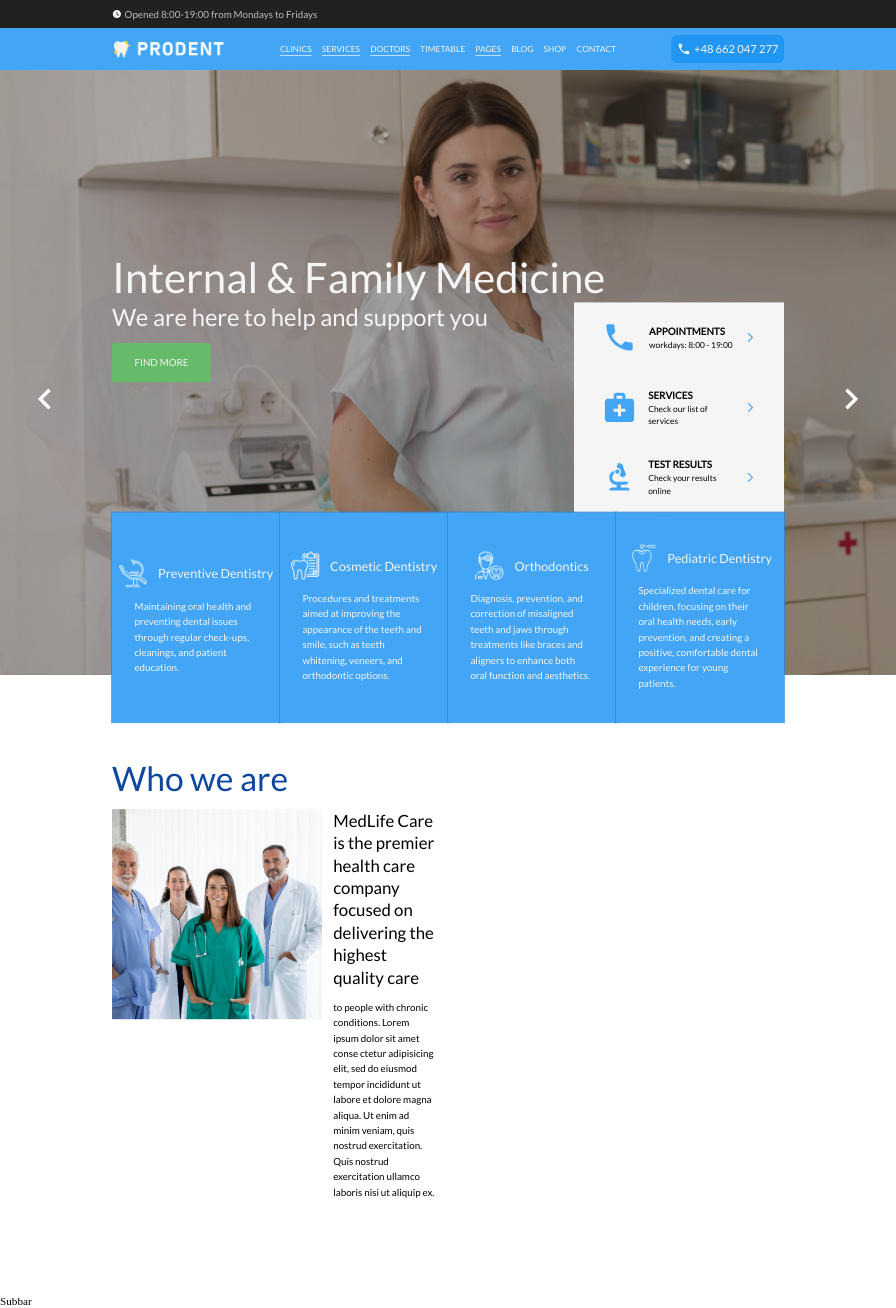
Repository: princ3-web/8
Page: /
The author's editor kept a copy of each file at every save. The page is drawn from the files as they stood at one save, then again after the next save.
The browser window is 1280 px wide. The pictures show the whole page, at 70% of full size.
The project was rebuilt for these pictures with package versions that can differ from the ones it lists, and the page was loaded fresh each time. Also part of the build but not shown: vite.config.js, src/subpages/About.jsx, src/index.css.

Above is the page before, as saved 2023-11-02 15:20:39.

### index.html
<!doctype html>
<html lang="en">
  <head>
    <meta charset="UTF-8" />
    <link rel="icon" type="image/svg+xml" href="/vite.svg" />
    <meta name="viewport" content="width=device-width, initial-scale=1.0" />
    <title>Vite + React</title>
    <link rel="preconnect" href="https://fonts.googleapis.com">
    <link rel="preconnect" href="https://fonts.gstatic.com" crossorigin>
    <link href="https://fonts.googleapis.com/css2?family=Lato&display=swap" rel="stylesheet">
  </head>
  <body>
    <div id="root"></div>
    <script type="module" src="/src/main.jsx"></script>
  </body>
</html>

### src/App.jsx
import "./App.css";
import { Box } from "@mui/material";
import { Route, Routes } from "react-router-dom";
import Home from "./subpages/Home";
import About from "./subpages/About";
import Navbar from "./components/Navbar";
import Subbar from "./components/Subbar";
import { createTheme, ThemeProvider } from "@mui/material/styles";

function App() {

  const theme = createTheme({
    typography: {
      fontFamily: "Lato, sans-serif",
    },
  });



  return (
    <ThemeProvider theme={theme}>
    <Box>

      <Navbar />

      <Routes>
        <Route path="/" element={<Home />} />
        <Route path="/about" element={<About />} />
      </Routes>
      <Subbar />
    </Box>
    </ThemeProvider>
  );
}

export default App;

### src/App.css
body {
  padding: 0;
  margin: 0;
  overflow-x: "hidden";
}

### src/subpages/Home.jsx
import React, { useEffect, useState } from "react";
import { Box, CardMedia, Typography, Button, Fade } from "@mui/material";
import image1 from "../assets/images/1.jpg";
import image2 from "../assets/images/2.jpg";
import image3 from "../assets/images/3.jpg";
import image4 from "../assets/images/4.jpg";
import { green, grey, blue } from "@mui/material/colors";
import PhoneIcon from "@mui/icons-material/Phone";
import MedicalServicesIcon from "@mui/icons-material/MedicalServices";
import BiotechIcon from "@mui/icons-material/Biotech";
import ArrowForwardIosIcon from "@mui/icons-material/ArrowForwardIos";
import icon1 from "../assets/icons/1.png";
import icon2 from "../assets/icons/2.png";
import icon3 from "../assets/icons/3.png";
import icon4 from "../assets/icons/4.png";
import SingleCarousel from "../components/SingleCarousel";

const Menu = () => {
  const items0 = [
    {
      title: "Preventive Dentistry",
      text: "Maintaining oral health and preventing dental issues through regular check-ups, cleanings, and patient education.",
      icon: icon1,
    },
    {
      title: "Cosmetic Dentistry",
      text: "Procedures and treatments aimed at improving the appearance of the teeth and smile, such as teeth whitening, veneers, and orthodontic options.",
      icon: icon2,
    },
    {
      title: "Orthodontics",
      text: "Diagnosis, prevention, and correction of misaligned teeth and jaws through treatments like braces and aligners to enhance both oral function and aesthetics.      ",
      icon: icon3,
    },
    {
      title: "Pediatric Dentistry",
      text: "Specialized dental care for children, focusing on their oral health needs, early prevention, and creating a positive, comfortable dental experience for young patients.      ",
      icon: icon4,
    },
  ];

  const items1 = [
    {
      title: "APPOINTMENTS",
      text: "workdays: 8:00 - 19:00",
      icon: <PhoneIcon sx={{ color: blue[400], fontSize: "50px", mr: "1rem" }} />,
    },
    {
      title: "SERVICES",
      text: "Check our list of services",
      icon: <MedicalServicesIcon sx={{ color: blue[400], fontSize: "50px", mr: "1rem" }} />,
    },
    {
      title: "TEST RESULTS",
      text: "Check your results online",
      icon: <BiotechIcon sx={{ color: blue[400], fontSize: "50px", mr: "1rem" }} />,
    },
  ];

  return (
    <Box
      sx={{
        position: "absolute",
        display: "flex",
        flexDirection: "column",
        alignItems: "flex-end",
        boxSizing: "border-box",
        top: "60%",
        px: "160px",
        width: "100%",
      }}
    >
      <Box
        sx={{
          display: "flex",
          flexDirection: "column",
          justifyContent: "space-evenly",
          alignItems: "center",
          backgroundColor: grey[100],
          width: "300px",
          height: "300px",
        }}
      >
        {items1.map((item) => (
          <Box
            sx={{
              display: "flex",
              alignItems: "center",
              justifyContent: "space-between",
              width: "100%",
              height: "33%",
              boxSizing: "border-box",
              px: "40px",
              transition: "0.25s",
              ":hover": {
                backgroundColor: grey[300],
                cursor: "pointer",
              },
            }}
          >
            {item.icon}
            <Box>
              <Typography sx={{ fontSize: "14px", fontWeight: 600 }}>{item.title}</Typography>
              <Typography sx={{ fontSize: "12px" }}>{item.text}</Typography>
            </Box>
            <ArrowForwardIosIcon sx={{ color: blue[400], fontSize: "16px", ml: "1rem" }} />
          </Box>
        ))}
      </Box>
      <Box sx={{ display: "flex", width: "100%" }}>
        {items0.map((item) => (
          <Box
            sx={{
              display: "flex",
              flexDirection: "column",
              justifyContent: "center",
              alignItems: "center",
              backgroundColor: blue[400],
              width: "300px",
              height: "300px",
              outline: "1px solid " + blue[600],
              transition: "0.25s",
              ":hover": {
                backgroundColor: blue[500],
                cursor: "pointer",
              },
            }}
          >
            <Box sx={{ display: "flex", alignItems: "center", mb: "1rem" }}>
              <CardMedia
                component="img"
                src={item.icon}
                alt=""
                sx={{ width: "40px", mr: "1rem" }}
              />
              <Typography color={grey[100]} sx={{ fontSize: "18px" }}>
                {item.title}
              </Typography>
            </Box>
            <Typography color={grey[100]} variant="subtitle2" sx={{ px: "2rem" }}>
              {item.text}
            </Typography>
          </Box>
        ))}
      </Box>
    </Box>
  );
};

const Home = () => {
  const items0 = [
    {
      title: "Preventive Dentistry",
      text: "Maintaining oral health and preventing dental issues through regular check-ups, cleanings, and patient education.",
      icon: icon1,
    },
    {
      title: "Cosmetic Dentistry",
      text: "Procedures and treatments aimed at improving the appearance of the teeth and smile, such as teeth whitening, veneers, and orthodontic options.",
      icon: icon2,
    },
    {
      title: "Orthodontics",
      text: "Diagnosis, prevention, and correction of misaligned teeth and jaws through treatments like braces and aligners to enhance both oral function and aesthetics.      ",
      icon: icon3,
    },
    {
      title: "Pediatric Dentistry",
      text: "Specialized dental care for children, focusing on their oral health needs, early prevention, and creating a positive, comfortable dental experience for young patients.      ",
      icon: icon4,
    },
  ];

  const items1 = [
    {
      title: "APPOINTMENTS",
      text: "workdays: 8:00 - 19:00",
      icon: <PhoneIcon sx={{ color: blue[400], fontSize: "50px", mr: "1rem" }} />,
    },
    {
      title: "SERVICES",
      text: "Check our list of services",
      icon: <MedicalServicesIcon sx={{ color: blue[400], fontSize: "50px", mr: "1rem" }} />,
    },
    {
      title: "TEST RESULTS",
      text: "Check your results online",
      icon: <BiotechIcon sx={{ color: blue[400], fontSize: "50px", mr: "1rem" }} />,
    },
  ];

  const [currentImageIndex, setCurrentImageIndex] = useState(0);

  useEffect(() => {
    const interval = setInterval(() => {
      const nextIndex = (currentImageIndex + 1) % images.length;
      setCurrentImageIndex(nextIndex);
    }, 4000);

    return () => {
      clearInterval(interval);
    };
  }, [currentImageIndex]);

  const images = [image1, image2, image3, image4];

  return (
    <Box>
      <SingleCarousel images={images} />

      <Box sx={{ position: "absolute", top: "50%", left: "160px", zIndex: 1 }}>
        <Typography variant="h2" sx={{ color: grey[100] }}>
          Internal & Family Medicine
        </Typography>
        <Typography variant="h4" sx={{ color: grey[100] }}>
          We are here to help and support you
        </Typography>
        <Button
          sx={{
            backgroundColor: green[400],
            color: grey[100],
            py: "1rem",
            px: "2rem",
            mt: "1rem",
            "&:hover": {
              backgroundColor: green[700],
              cursor: "pointer",
            },
          }}
        >
          FIND MORE
        </Button>
      </Box>
      <Menu />
      <Box sx={{ boxSizing: "border-box", px: "160px", py: "120px" }}>
        <Typography variant="h3" color={blue[900]}>Who we are</Typography>
        <Box sx={{ display: "flex",  width:"50%" }}>
          <CardMedia
            component="img"
            src={image1}
            alt=""
            sx={{ width: "300px", height: "300px", mt: "1rem" }}
          />
          <Box sx={{p:"1rem"}}>
            <Typography variant="h5" sx={{mb:"1rem"}}>
              MedLife Care is the premier health care company focused on delivering the highest
              quality care
            </Typography>

          <Typography  variant="subtitle2">
            to people with chronic conditions. Lorem ipsum dolor sit amet conse ctetur adipisicing
            elit, sed do eiusmod tempor incididunt ut labore et dolore magna aliqua. Ut enim ad
            minim veniam, quis nostrud exercitation. Quis nostrud exercitation ullamco laboris nisi
            ut aliquip ex.
          </Typography>
          </Box>
        </Box>
      </Box>
    </Box>
  );
};

export default Home;

### src/components/Navbar.jsx
import React from "react";
import { Box, Typography, CardMedia, Menu, MenuItem } from "@mui/material";
import { blue, grey } from "@mui/material/colors";
import PhoneIcon from "@mui/icons-material/Phone";
import AccessTimeFilledIcon from "@mui/icons-material/AccessTimeFilled";
import logo from "../assets/icons/logo.png";

const Navbar = () => {
  const items = [
    { name: "CLINICS", items: ["Dental Clinic 1", "Dental Clinic 2", "Dental Clinic 3"] },
    { name: "SERVICES", items: ["Orthodontics", "Cosmetic Dentistry", "Preventive Dentistry"] },
    { name: "DOCTORS", items: ["Dentist 1", "Dentist 2", "Dentist 3"] },
    { name: "TIMETABLE", items: [] },
    { name: "PAGES", items: ["Home Page", "About Us", "Services Page"] },
    { name: "BLOG", items: [] },
    { name: "SHOP", items: [] },
    {
      name: "CONTACT",
      items: [],
    },
  ];

  const handleMenuItemHover = (event, index) => {
    const dropdownMenu = event.currentTarget.querySelector(".dropdown-menu");
    if (dropdownMenu) {
      dropdownMenu.style.visibility = "visible";
      dropdownMenu.style.filter = "opacity(1)";
    }
  };

  const handleMenuItemLeave = (event) => {
    const dropdownMenu = event.currentTarget.querySelector(".dropdown-menu");
    if (dropdownMenu) {
      dropdownMenu.style.visibility = "hidden";
      dropdownMenu.style.filter = "opacity(0)";
    }
  };

  return (
    <Box sx={{ position: "relative", zIndex: 2 }}>
      <Box
        sx={{
          display: "flex",
          alignItems: "center",
          height: "40px",
          width: "100%",
          backgroundColor: grey[900],
          pl: "160px",
          boxSizing: "border-box",
        }}
      >
        <AccessTimeFilledIcon sx={{ color: grey[100], fontSize: "14px", mr: "0.25rem" }} />
        <Typography color={grey[400]} variant="subtitle2">
          Opened 8:00-19:00 from Mondays to Fridays
        </Typography>
      </Box>
      <Box
        sx={{
          display: "flex",
          justifyContent: "space-between",
          alignItems: "center",
          boxSizing: "border-box",
          px: "160px",
          backgroundColor: blue[400],
          height: "60px",
        }}
      >
        <Box>
          <CardMedia component="img" src={logo} alt="" sx={{ height: "30px" }} />
        </Box>
        <Box
          sx={{
            display: "flex",
            justifyContent: "space-between",
            alignItems: "center",
            width: "50%",
            height: "100%",
          }}
        >
          {items.map((item, index) => (
            <Box
              key={index}
              onMouseEnter={(e) => handleMenuItemHover(e, index)}
              onMouseLeave={handleMenuItemLeave}
              sx={{ display: "flex", alignItems: "center", height: "100%" }}
            >
              <Typography
                sx={{
                  color: grey[100],
                  textDecoration: item.items.length < 1 ? "none" : "underline",
                  textUnderlineOffset:"5px",
                  fontSize: "12px",
                  ":hover": { cursor: "pointer", color: blue[100] },
                }}
              >
                {item.name}
              </Typography>
              <Box
                className="dropdown-menu"
                sx={{
                  visibility: "hidden",
                  position: "absolute",
                  backgroundColor: grey[100],
                  transition: "0.5s",
                  filter: "opacity(0)",
                  fontSize: "12px",
                  mt: "190px",
                  ml: "-10px",
                  py:"0.5rem",
                }}
              >
                {item.items.map((item) => (

                  <MenuItem sx={{ fontSize: "12px", p:"1rem", pr:"7rem" }}>{item}</MenuItem>
                ))}
              </Box>
            </Box>
          ))}
        </Box>
        <Box
          sx={{
            display: "flex",
            alignItems: "center",
            p: "0.5rem",
            borderRadius: ".5rem",
            backgroundColor: blue[500],
          }}
        >
          <PhoneIcon sx={{ color: grey[100], fontSize: "20px", mr: "0.25rem" }} />
          <Typography color={grey[100]}>+48 662 047 277</Typography>
        </Box>
      </Box>
    </Box>
  );
};

export default Navbar;

### src/components/Subbar.jsx
import React from 'react'

const Subbar = () => {
  return (
    <div>Subbar</div>
  )
}

export default Subbar

### src/components/SingleCarousel.jsx
import React, { useState, useEffect } from "react";
import KeyboardArrowLeftIcon from "@mui/icons-material/KeyboardArrowLeft";
import KeyboardArrowRightIcon from "@mui/icons-material/KeyboardArrowRight";
import IconButton from "@mui/material/IconButton";
import Box from "@mui/material/Box";
import { grey } from "@mui/material/colors";
import { CardMedia } from "@mui/material";

const SingleCarousel = ({ images }) => {
  const [index, setIndex] = useState(0);
  const [transition, setTransition] = useState(false);
  const [hover, setHover] = useState(false);

  useEffect(() => {
    const interval = setInterval(() => {
      setIndex((state) => (state === images.length - 1 ? 0 : state + 1));
    }, 5000);

    return () => {
      clearInterval(interval);
    };
  }, [hover]);

  const handlePrevious = () => {
    if (!transition) {
      setTransition(true);
      setIndex((state) => (state > 0 ? setIndex(state - 1) : setIndex(images.length - 1)));
      setTimeout(() => setTransition(false), 500);
    }
  };

  const handleNext = () => {
    if (!transition) {
      setTransition(true);
      setIndex((state) => (state < images.length - 1 ? setIndex(state + 1) : setIndex(0)));
      setTimeout(() => setTransition(false), 500);
    }
  };

  return (
    <Box height={"120vh"} sx={{ position: "relative", overflow: "hidden", backgroundColor: grey[900] }}>
      {images.map((item, n) => (
        <Box
          sx={{
            position: "absolute",
            justifyContent: "center",
            alignContent: "center",
            width: "100%",
            height: "100%",
            transition: "2s",
            filter: n === index ? "Opacity(1)" : "Opacity(0)",
          }}
        >
          <CardMedia
            component="img"
            src={item}
            sx={{ height: "100%", filter: "brightness(0.8)" }}
          />

        </Box>
      ))}
      <Box
        sx={{
          position: "absolute",
          display: "flex",
          justifyContent: "space-between",
          width: "96%",
          left: "2%",
          top: "50%",
        }}
      >
        <IconButton
          onClick={handlePrevious}
          onMouseOver={() => setHover(true)}
          onMouseLeave={() => setHover(false)}
        >
          <KeyboardArrowLeftIcon style={{ color: grey[50], zIndex: 10, fontSize: 60 }} />
        </IconButton>
        <IconButton
          onClick={handleNext}
          onMouseOver={() => setHover(true)}
          onMouseLeave={() => setHover(false)}
        >
          <KeyboardArrowRightIcon style={{ color: grey[50], zIndex: 10, fontSize: 60 }} />
        </IconButton>
      </Box>
    </Box>
  );
};

export default SingleCarousel;

Loaded but not shown: src/main.jsx (common file); src/index.css (no copy from this time; the picture is the same without it)

After the next save:
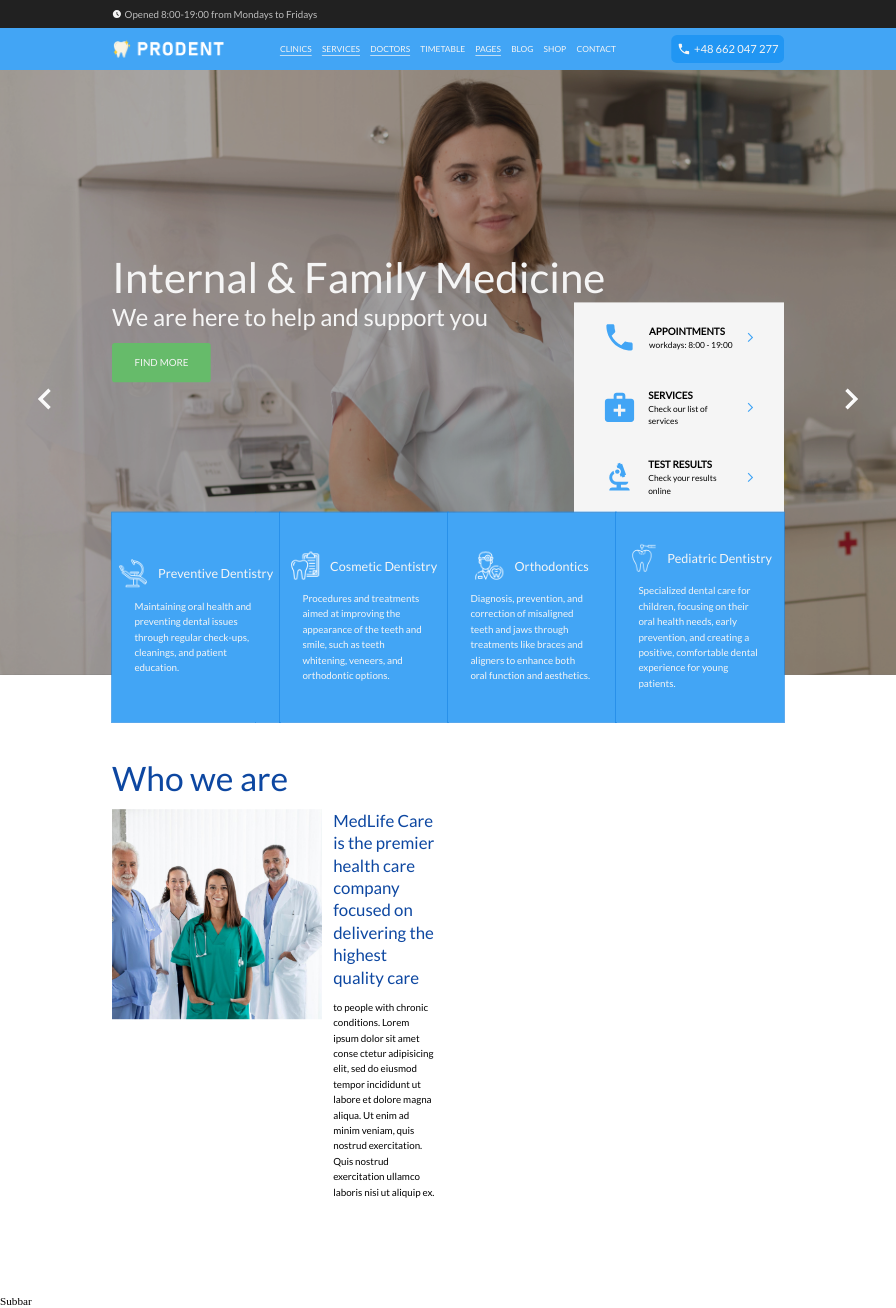
Saved 8 s later.
--- a/src/subpages/Home.jsx
+++ b/src/subpages/Home.jsx
@@ -242,7 +242,7 @@ const Home = () => {
             sx={{ width: "300px", height: "300px", mt: "1rem" }}
           />
           <Box sx={{p:"1rem"}}>
-            <Typography variant="h5" sx={{mb:"1rem"}}>
+            <Typography variant="h5" sx={{mb:"1rem"}}  color={blue[900]}>
               MedLife Care is the premier health care company focused on delivering the highest
               quality care
             </Typography>
